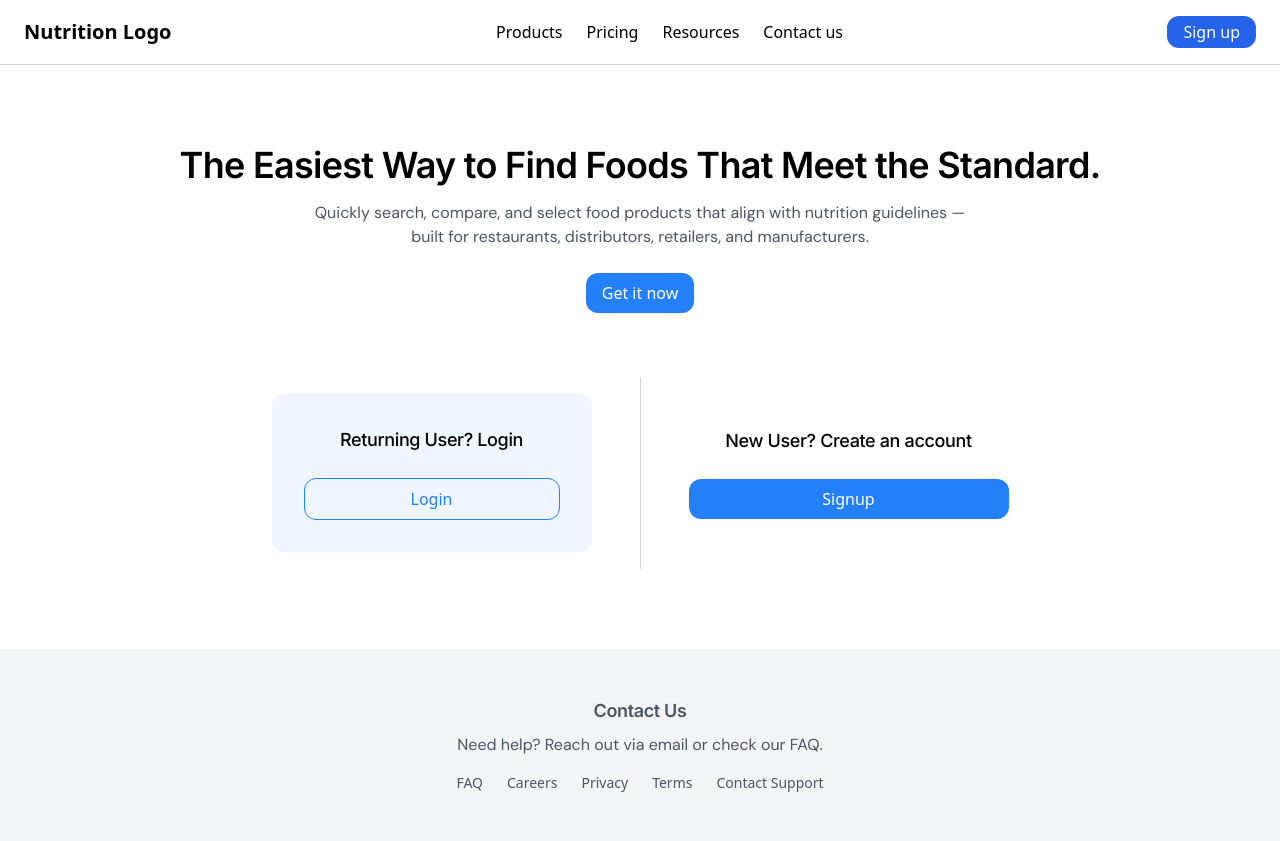
Repository: nikhilchikkam/im-project
Page: / (app in frontend/)
These files come from the project's save history. The page is drawn as it stood at one moment and after the next save; the edit follows.
The browser window is 1280 px wide. The pictures show the whole page.
The project was rebuilt for these pictures with package versions that can differ from the ones it lists, and the page was loaded fresh each time. Also part of the build but not shown: frontend/vite.config.ts, frontend/src/components/NavbarAfter.tsx, frontend/src/features/pricing/PricingToggle.tsx, frontend/src/features/pricing/PricingCard.tsx, frontend/src/features/pricing/PricingSection.tsx, frontend/src/features/auth/AuthLayout.tsx, frontend/src/components/Input.tsx, frontend/src/features/auth/LoginForm.tsx and 7 more.

Above is the page before, as saved 2025-06-11 17:24:53.

After the next save:
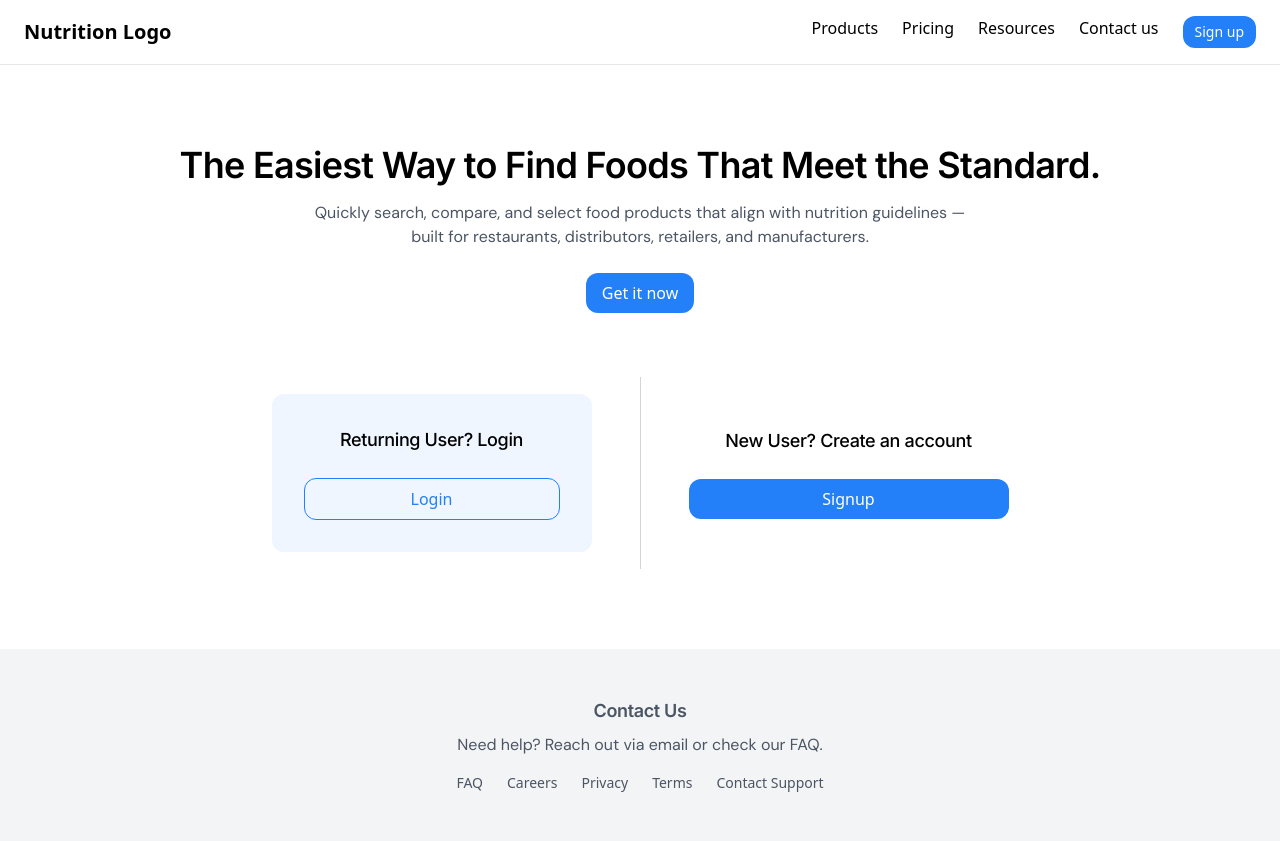
Saved 33 min 0 s later.
--- a/frontend/src/components/NavbarBefore.tsx
+++ b/frontend/src/components/NavbarBefore.tsx
@@ -1,18 +1,19 @@
-type Props = {
-  onNavigate: (section: 'products' | 'pricing' | 'resources') => void;
-};
+import { Link } from 'react-router-dom';
+import { Button } from './Button';
 
-const NavbarBefore = ({ onNavigate }: Props) => {
+const NavbarBefore = () => {
   return (
-    <header className="w-full px-6 py-4 flex items-center justify-between border-b border-neutral-200">
+    <header className="w-full px-6 py-4 flex justify-between items-center border-b">
       <div className="text-xl font-bold">Nutrition Logo</div>
-      <nav className="flex gap-6 font-medium text-base">
-        <button onClick={() => onNavigate('products')}>Products</button>
-        <button onClick={() => onNavigate('pricing')}>Pricing</button>
-        <button onClick={() => onNavigate('resources')}>Resources</button>
-        <button>Contact us</button> {/* Can scroll to footer later */}
+      <nav className="flex gap-6 text-base font-medium">
+        <Link to="/products">Products</Link>
+        <Link to="/pricing">Pricing</Link>
+        <Link to="/resources">Resources</Link>
+        <Link to="/contact">Contact us</Link>
+        <Link to="/signup">
+          <Button size="sm">Sign up</Button>
+        </Link>
       </nav>
-      <button className="bg-blue-600 text-white rounded-xl px-4 py-1">Sign up</button>
     </header>
   );
 };
